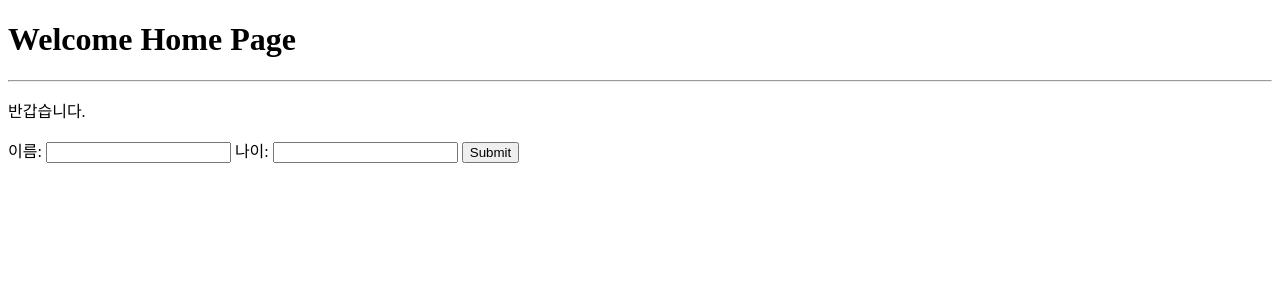
Repository: ghkden55/Green2
Page: http://localhost/test/home.jsp
The author's editor kept a copy of each file at every save. The page is drawn from the files as they stood at one save, then again after the next save.
The browser window is 1280 px wide. The pictures show the whole page.
The page is served by Tomcat 9.

Above is the page before, as saved 2024-01-31 05:19:44.

After the next save:
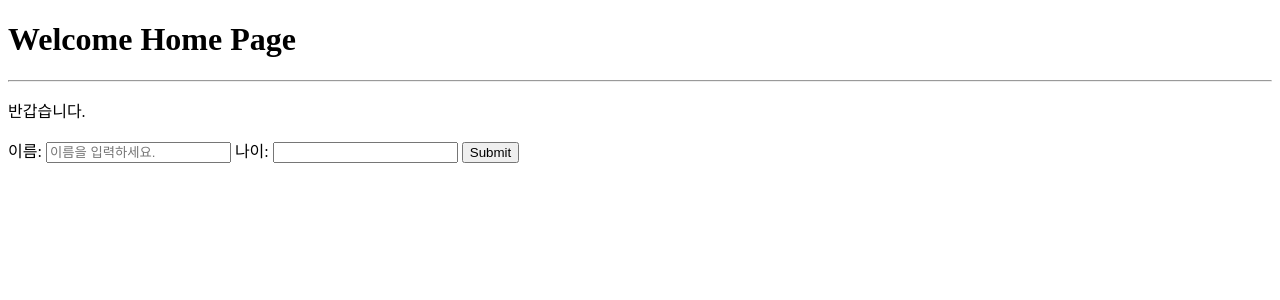
Saved 30 s later.
--- a/ws_jsp/test/src/main/webapp/home.jsp
+++ b/ws_jsp/test/src/main/webapp/home.jsp
@@ -14,7 +14,7 @@
 </div>
 <form>
 이름:
-<input replace="이름을 입력하세요." name="name" type="text">
+<input placeholder="이름을 입력하세요." name="name" type="text">
 나이:
 <input name="age" type="text">
 <input type="submit">
